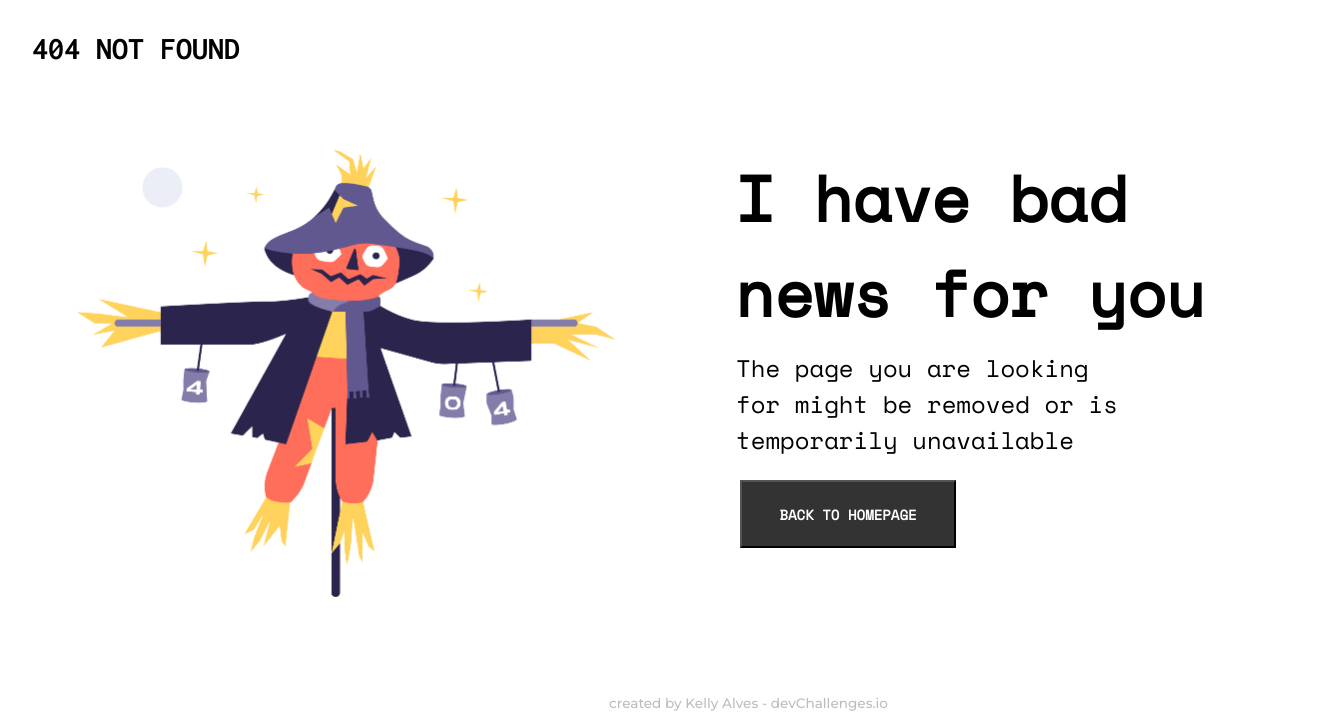
Repository: kellyalves87/404_not_found
Page: index.html
An editor plug-in stored every save of this project. The page is shown before and after the next save, followed by the edit.
The browser window is 1280 px wide. The page is 1321 px wide, so the pictures cover 1321 px, including what lies to the right of the window. The pictures show the whole page.

Above is the page before, as saved 2021-05-16 17:12:19.

After the next save:
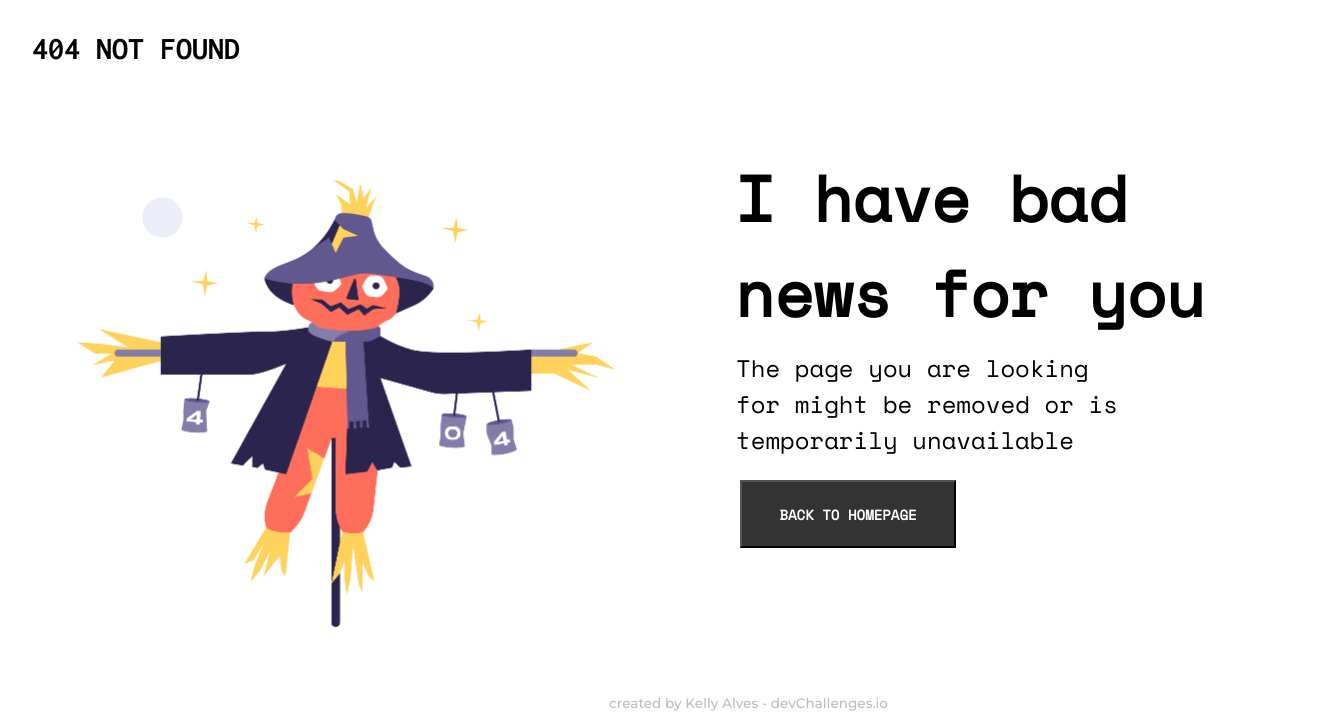
Saved 2 min 13 s later.
--- a/style/index.css
+++ b/style/index.css
@@ -179,7 +179,7 @@ button {
     height: 447.4263916015625px;
     width: 539.2236938476562px;
     left: 77px;
-    top: 150px;
+    top: 180px;
     border-radius: 0px;
   }
 
